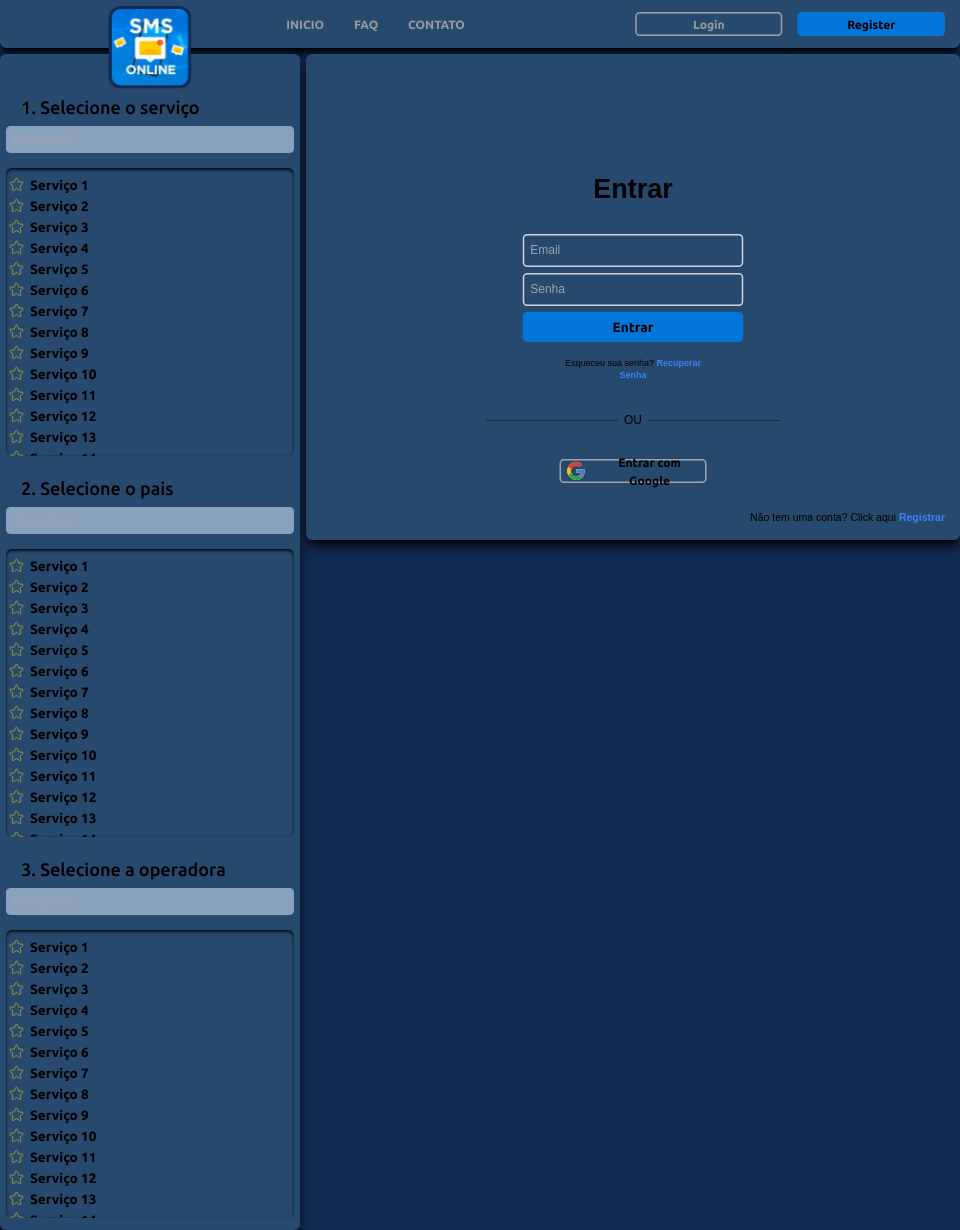
Repository: Felipe-Henrique-Dev/-DIOGO-SMS
Page: /auth
An editor plug-in stored every save of this project. The page is shown before and after the next save, followed by the edit.
The browser window is 1280 px wide. The pictures show the whole page, at 75% of full size.
The project was rebuilt for these pictures with package versions that can differ from the ones it lists, and the page was loaded fresh each time. The framework's server and built-in components were replaced by stand-ins that run in the browser. Also part of the build but not shown: next.config.ts.

Above is the page before, as saved 2024-12-16 22:59:20.

After the next save:
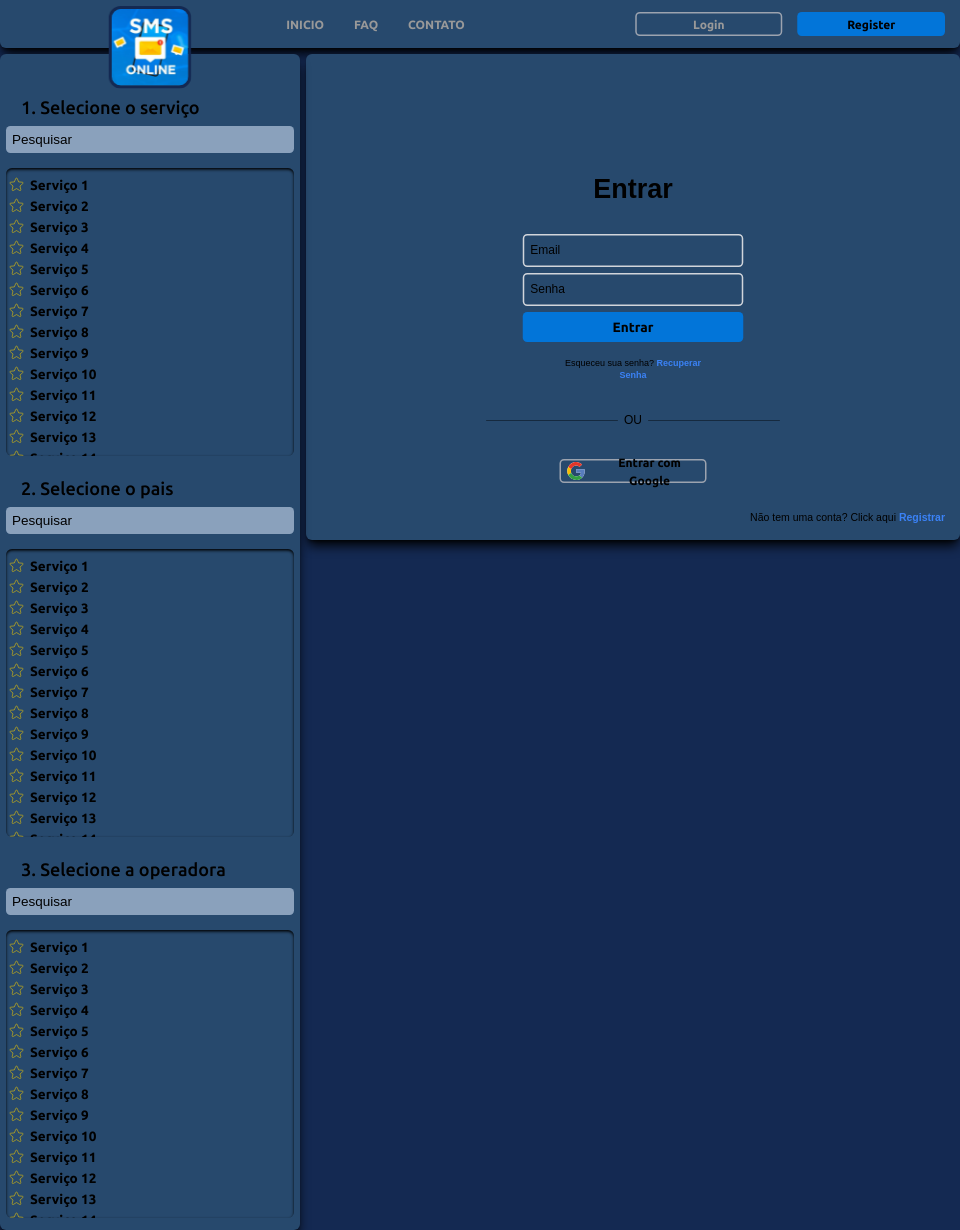
Saved 52 s later.
--- a/src/components/main/Input.tsx
+++ b/src/components/main/Input.tsx
@@ -64,7 +64,7 @@ export const Input = ({
                 placeholder={placeholder}
                 {...register}
                 className={cn(
-                    "p-2 rounded-md relative w-full",
+                    "p-2 rounded-md relative w-full placeholder:text-black ",
                     classNameInput,
                     bgColors[bgColor]
                 )}
